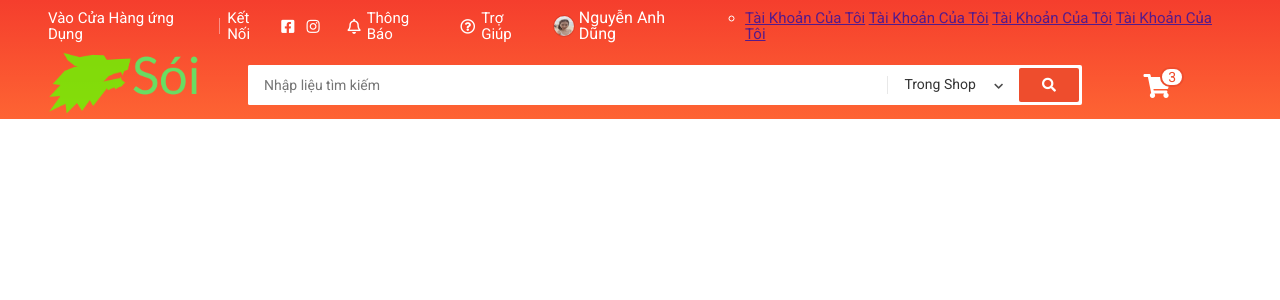
Repository: adwewecat/shoppe
Page: index.html
The author's editor kept a copy of each file at every save. The page is drawn from the files as they stood at one save, then again after the next save.
The browser window is 1280 px wide. The pictures show the whole page.

Above is the page before, as saved 2021-09-03 11:58:50.

### index.html
<!DOCTYPE html>
<html lang="en">

<head>
    <meta charset="UTF-8" />
    <meta http-equiv="X-UA-Compatible" content="IE=edge" />
    <meta name="viewport" content="width=device-width, initial-scale=1.0" />
    <title>Document</title>
    <link rel="preconnect" href="https://fonts.googleapis.com" />
    <link rel="preconnect" href="https://fonts.gstatic.com" crossorigin />
    <link href="https://fonts.googleapis.com/css2?family=Roboto:ital,wght@0,400;0,500;0,700;1,300&display=swap"
        rel="stylesheet" />
    <link rel="stylesheet" href="./assets/css/base.css" />
    <link rel="stylesheet" href="./assets/css/main.css" />
    <link rel="stylesheet" href="./assets/fonts/fontawesome-free-5.15.4/css/all.min.css" />
</head>

<body>
    <div class="main">
        <header class="header">
            <div class="grid">
                <!-- Begin Navbar -->
                <nav class="header__navbar">
                    <ul class="header__navbar-list">
                        <li class="
                  header__navbar-item
                  header__navbar-item--has-qr
                  header__navbar-item--seperate
                ">
                            Vào Cửa Hàng ứng Dụng
                            <!-- Begin Header QR Code -->
                            <div class="header__qr">
                                <img src="./assets/img/qr_code/qrcode_2066837_.png" alt="QR_Code_Lagel"
                                    class="header__qr-img" />
                                <div class="header__qr-apps">
                                    <a href="" class="header__qr-link">
                                        <img src="./assets/img/qr_code/android.png" alt="android"
                                            class="header__qr-dowload-img" />
                                    </a>
                                    <a href="" class="header__qr-link">
                                        <img src="./assets/img/qr_code/ios.png" alt="ios"
                                            class="header__qr-dowload-img" />
                                    </a>
                                </div>
                            </div>
                            <!-- End Header QR Code -->
                        </li>
                        <li class="header__navbar-item">
                            <span class="header__navbar-title-no-pointer">Kết Nối</span>
                            <a href="" class="header__navbar-icon-link">
                                <i class="header__navbar-icon fab fa-facebook-square"></i>
                            </a>
                            <a href="" class="header__navbar-icon-link">
                                <i class="header__navbar-icon fab fa-instagram"></i>
                            </a>
                        </li>
                    </ul>

                    <ul class="header__navbar-list">
                        <li class="header__navbar-item header__navbar-item--has-notify">
                            <a href="" class="header__navbar-item-link">
                                <i class="header__navbar-icon far fa-bell"></i>
                                Thông Báo
                            </a>

                            <!-- Begin hover Thông Báo -->
                            <div class="header__notify">
                                <header class="header__notify-header">
                                    <h3>Thông Báo Mới Nhận</h3>
                                </header>
                                <ul class="header__notify-list">
                                    <li class="header__notify-item header__notify-item--viewed">
                                        <a href="" class="header__notify-link">
                                            <img src="./assets/img/san-pham/xiaomi-mi-11-ultra.jpg"
                                                alt="Xiaomi Mi 11 Ultra" class="header__notify-img" />
                                            <div class="header__notify-info">
                                                <span class="header__notify-name">Xiaomi Mi 11 Ultra</span>
                                                <span class="header__notify-description">Mô tả điện thoại Xiaomi Mi 11
                                                    Ultra</span>
                                            </div>
                                        </a>
                                    </li>

                                    <li class="header__notify-item">
                                        <a href="" class="header__notify-link">
                                            <img src="./assets/img/san-pham/xiaomi-mi-11-ultra.jpg"
                                                alt="Xiaomi Mi 11 Ultra" class="header__notify-img" />
                                            <div class="header__notify-info">
                                                <span class="header__notify-name">Xiaomi Mi 11 Ultra Ultra Ultra Ultra
                                                    Ultra Ultra
                                                    Ultra Ultra Ultra Ultra</span>
                                                <span class="header__notify-description">Mô tả điện thoại Xiaomi Mi 11
                                                    Ultra Mô tả điện
                                                    thoại Xiaomi Mi 11 Ultra Mô tả điện thoại Xiaomi Mi
                                                    11 Ultra Mô tả điện thoại Xiaomi Mi 11 Ultra</span>
                                            </div>
                                        </a>
                                    </li>

                                    <li class="header__notify-item">
                                        <a href="" class="header__notify-link">
                                            <img src="./assets/img/san-pham/xiaomi-mi-11-ultra.jpg"
                                                alt="Xiaomi Mi 11 Ultra" class="header__notify-img" />
                                            <div class="header__notify-info">
                                                <span class="header__notify-name">Xiaomi Mi 11 Ultra</span>
                                                <span class="header__notify-description">Mô tả điện thoại Xiaomi Mi 11
                                                    Ultra</span>
                                            </div>
                                        </a>
                                    </li>
                                </ul>

                                <footer class="header__notify-footer">
                                    <a href="" class="header__notify-footer-btn">Xem Tất Cả</a>
                                </footer>
                            </div>
                            <!-- Begin hover Thông Báo -->
                        </li>

                        <li class="header__navbar-item">
                            <a href="" class="header__navbar-item-link">
                                <i class="header__navbar-icon far fa-question-circle"></i>
                                Trợ Giúp
                            </a>
                        </li>
                        <!-- <li class="header__navbar-item header__navbar-item--strong header__navbar-item--seperate">
                            Đăng Ký
                        </li>
                        <li class="header__navbar-item header__navbar-item--strong">
                            Đăng Nhập
                        </li> -->
                        <li class="header__navbar-item header__navbar-item-user">
                            <img src="./assets/img/san-pham/4.jpg" alt="" class="header__navbar-user-img">
                            <span class="header__navbar-user-name">Nguyễn Anh Dũng</span>

                            <ul class="header__navbar-user-menu">
                                <li class="header__navbar-user-item">
                                    <a href="">Tài Khoản Của Tôi</a>
                                    <a href="">Tài Khoản Của Tôi</a>
                                    <a href="">Tài Khoản Của Tôi</a>
                                    <a href="">Tài Khoản Của Tôi</a>
                                </li>

                            </ul>

                        </li>
                    </ul>
                </nav>
                <!-- End Navbar -->

                <!-- Begin search, logo, giỏ hàng -->
                <div class="header-with-search">
                    <div class="header__logo">
                        <img src="./assets/img/san-pham/logo.png" alt="" class="header__logo-img" />
                    </div>
                    <!-- Begin Search -->
                    <div class="header__search">
                        <div class="header__search-input-wrap">
                            <input type="text" class="header__search-input" placeholder="Nhập liệu tìm kiếm" />

                            <!-- Search History -->
                            <div class="header__search-history">
                                <h3 class="header__search-history-heading">
                                    Lịch Sử Tìm Kiếm
                                </h3>
                                <ul class="header__search-history-list">
                                    <li class="header__search-history-item">
                                        <a href="">Iphone 12 pro max</a>
                                    </li>
                                    <li class="header__search-history-item">
                                        <a href="">Xiaomi Mi 11i </a>
                                    </li>
                                </ul>
                            </div>
                        </div>

                        <div class="header__search-select">
                            <span class="header__search-select-lable">Trong Shop</span>
                            <i class="header__search-select-icon fas fa-chevron-down"></i>

                            <ul class="header__search-option">
                                <li class="
                      header__search-option-item
                      header__search-option-item--active
                    ">
                                    <span>Trong Shop</span>
                                    <i class="fas fa-check"></i>
                                </li>
                                <li class="header__search-option-item">
                                    <span>Ngoài Shop</span>
                                    <i class="fas fa-check"></i>
                                </li>
                            </ul>
                        </div>
                        <button class="header__search-btn">
                            <i class="header__search-btn-icon fas fa-search"></i>
                        </button>
                    </div>
                    <!-- End Search -->

                    <!-- Begin Giỏ Hàng -->
                    <div class="header__cart">
                        <div class="header__cart-wrap">
                            <i class="fas fa-shopping-cart header__cart-icon"></i>
                            <span class="header__cart-notice">3</span>
                            <!-- No card : header__cart-list--no-cart -->
                            <div class="header__cart-list ">
                                <img src="./assets/img/san-pham/chua-co-san-pham.png" alt=""
                                    class="header__cart-no-cart-img" />
                                <span class="header__cart-list--no-cart-msg">Chưa Có Sản Phẩm Nào</span>

                                <!-- Có sản phẩm -->
                                <h4 class="header__cart-heading">Sản Phẩm Đã Thêm</h4>
                                <ul class="header__cart-list-item">
                                    <!-- Cart Item -->
                                    <li class="header__cart-item">
                                        <img src="./assets/img/san-pham/xiaomi-mi-11-ultra.jpg" alt=""
                                            class="header__cart-img" />
                                        <div class="header__cart-item-info">
                                            <div class="header__cart-item-head">
                                                <h5 class="header__cart-item-name">
                                                    Điện Thoại Cấu Hình Cao
                                                </h5>
                                                <div class="header__cart-item-price-wrap">
                                                    <span class="header__cart-item-price">19.000.000đ</span>
                                                    <span class="header__cart-item-multiply">x</span>
                                                    <span class="header__cart-item-quantity">2</span>
                                                </div>
                                            </div>
                                            <div class="header__cart-item-body">
                                                <span class="header__cart-item-description">
                                                    Phân Loại Hàng : Điện Thoại Thông Minh
                                                </span>
                                                <span class="header__cart-item-remove">Xóa</span>
                                            </div>
                                        </div>
                                    </li>
                                </ul>
                                <ul class="header__cart-list-item">
                                    <!-- Cart Item -->
                                    <li class="header__cart-item">
                                        <img src="./assets/img/san-pham/xiaomi-mi-11-ultra.jpg" alt=""
                                            class="header__cart-img" />
                                        <div class="header__cart-item-info">
                                            <div class="header__cart-item-head">
                                                <h5 class="header__cart-item-name">
                                                    Điện Thoại Cấu Hình Cao
                                                </h5>
                                                <div class="header__cart-item-price-wrap">
                                                    <span class="header__cart-item-price">19.000.000đ</span>
                                                    <span class="header__cart-item-multiply">x</span>
                                                    <span class="header__cart-item-quantity">2</span>
                                                </div>
                                            </div>
                                            <div class="header__cart-item-body">
                                                <span class="header__cart-item-description">
                                                    Phân Loại Hàng : Điện Thoại Thông Minh
                                                </span>
                                                <span class="header__cart-item-remove">Xóa</span>
                                            </div>
                                        </div>
                                    </li>
                                </ul>
                                <div>
                                    <a href="#" class="header__cart-view-cart btn btn--primary">Xem Tất Cả</a>
                                </div>
                            </div>
                        </div>
                    </div>
                    <!-- End Giỏ Hàng -->
                </div>
                <!-- End search, logo, giỏ hàng -->
            </div>
        </header>

        <div class="container"></div>

        <footer class="footer"></footer>
    </div>

    <!-- Begin Modal -->
    <!-- <div class="modal">
        <div class="modal__overlay"></div>

        <div class="modal__body"> -->

    <!-- Begin Register form -->
    <!-- <div class="auth-form">
                    <div class="auth-form__container">
                        <div class="auth-form__header">
                            <h3 class="auth-form__heading">Đăng Ký</h3>
                            <span class="auth-form__switch-btn">Đăng Nhập</span>
                        </div>

                        <div class="auth-form__form">
                            <div class="auth-form__group">
                                <input type="text" class="auth-form__input" placeholder="Nhập Email">
                            </div>
                            <div class="auth-form__group">
                                <input type="password" class="auth-form__input" placeholder="Nhập Mật Khẩu">
                            </div>
                            <div class="auth-form__group">
                                <input type="password" class="auth-form__input" placeholder="Nhập Lại Mật Khẩu">
                            </div>
                        </div>

                        <div class="auth-form__aside">
                            <p class="auth-form__policy-text">
                                Bằng Việc Đăng Ký , Bạn Đã Đồng Ý Với Shop Về
                                <a href="" class="auth-form__text-link">Điều Khoản Dịch Vụ</a> &
                                <a href="" class="auth-form__text-link">Chính Sách Bảo Mật</a>
                            </p>
                        </div>

                        <div class="auth-form__controls">
                            <button class="btn btn--normal auth-form__controls-back">TRỞ LẠI</button>
                            <button class="btn btn--primary">Đăng Ký</button>
                        </div>
                    </div>


                    <div class="auth-form__socials">

                        <a href="" class=" auth-form__socials-facebook btn btn--size-s btn--witch-icon">
                            <i class="auth-form__socials-icon fab fa-facebook-square"></i>
                            <span class="auth-form__socials-title">
                                Kết Nối Với Facebook
                            </span>
                        </a>

                        <a href="" class="auth-form__socials-google btn btn--size-s btn--witch-icon">
                            <i class="auth-form__socials-icon fab fa-google-plus-square"></i>
                            <span class="auth-form__socials-title">
                                Kết Nối Với Google
                            </span>
                        </a>
                    </div>
                </div> -->
    <!-- Begin Register form -->

    <!-- Begin Login form -->
    <!-- <div class="auth-form">
                    <div class="auth-form__container">
                        <div class="auth-form__header">
                            <h3 class="auth-form__heading">Đăng Nhập</h3>
                            <span class="auth-form__switch-btn">Đăng Ký</span>
                        </div>

                        <div class="auth-form__form">
                            <div class="auth-form__group">
                                <input type="text" class="auth-form__input" placeholder="Nhập Email">
                            </div>
                            <div class="auth-form__group">
                                <input type="password" class="auth-form__input" placeholder="Nhập Mật Khẩu">
                            </div>
                        </div>

                        <div class="auth-form__aside">
                            <div class="auth-form__help">
                                <a href="" class="auth-form__help-link auth-form__help-forgot">Quên Mật Khẩu</a>
                                <span class="auth-form__help-separate"></span>
                                <a href="" class="auth-form__help-link">Cần Trợ Giúp?</a>
                            </div>
                        </div>

                        <div class="auth-form__controls">
                            <button class="btn btn--normal auth-form__controls-back">Trở Lại</button>
                            <button class="btn btn--primary">Đăng Nhập</button>
                        </div>
                    </div>


                    <div class="auth-form__socials">

                        <a href="" class=" auth-form__socials-facebook btn btn--size-s btn--witch-icon">
                            <i class="auth-form__socials-icon fab fa-facebook-square"></i>
                            <span class="auth-form__socials-title">
                                Kết Nối Với Facebook
                            </span>
                        </a>

                        <a href="" class="auth-form__socials-google btn btn--size-s btn--witch-icon">
                            <i class="auth-form__socials-icon fab fa-google-plus-square"></i>
                            <span class="auth-form__socials-title">
                                Kết Nối Với Google
                            </span>
                        </a>
                    </div>
                </div> -->
    <!-- End Login form -->

    <!-- </div>
    </div> -->

    <!-- End Modal -->
</body>

</html>

### assets/css/base.css

/* Reset CSS */
/*! normalize.css v8.0.1 | MIT License | github.com/necolas/normalize.css */
html{line-height:1.15;-webkit-text-size-adjust:100%}body{margin:0}main{display:block}h1{font-size:2em;margin:.67em 0}hr{box-sizing:content-box;height:0;overflow:visible}pre{font-family:monospace,monospace;font-size:1em}a{background-color:transparent}abbr[title]{border-bottom:none;text-decoration:underline;text-decoration:underline dotted}b,strong{font-weight:bolder}code,kbd,samp{font-family:monospace,monospace;font-size:1em}small{font-size:80%}sub,sup{font-size:75%;line-height:0;position:relative;vertical-align:baseline}sub{bottom:-.25em}sup{top:-.5em}img{border-style:none}button,input,optgroup,select,textarea{font-family:inherit;font-size:100%;line-height:1.15;margin:0}button,input{overflow:visible}button,select{text-transform:none}[type=button],[type=reset],[type=submit],button{-webkit-appearance:button}[type=button]::-moz-focus-inner,[type=reset]::-moz-focus-inner,[type=submit]::-moz-focus-inner,button::-moz-focus-inner{border-style:none;padding:0}[type=button]:-moz-focusring,[type=reset]:-moz-focusring,[type=submit]:-moz-focusring,button:-moz-focusring{outline:1px dotted ButtonText}fieldset{padding:.35em .75em .625em}legend{box-sizing:border-box;color:inherit;display:table;max-width:100%;padding:0;white-space:normal}progress{vertical-align:baseline}textarea{overflow:auto}[type=checkbox],[type=radio]{box-sizing:border-box;padding:0}[type=number]::-webkit-inner-spin-button,[type=number]::-webkit-outer-spin-button{height:auto}[type=search]{-webkit-appearance:textfield;outline-offset:-2px}[type=search]::-webkit-search-decoration{-webkit-appearance:none}::-webkit-file-upload-button{-webkit-appearance:button;font:inherit}details{display:block}summary{display:list-item}template{display:none}[hidden]{display:none}
/*# sourceMappingURL=normalize.min.css.map */
/* https://cdnjs.cloudflare.com/ajax/libs/normalize/8.0.1/normalize.min.css */


:root {
    --primary-color: #EE4D2D;
    --white-color: #fff;
    --black-color: #000;
    --text-color: #333;
    --border-color: #dbdbdb;

    --navbar-height:34px;
    --header-height:120px
    --header-with-search-height:calc(var(var(--header-height)-var(var(--navbar-height))))

}

*{
    box-sizing: border-box; /* lÀM Kích thước không bị thay đổi khi làm dầy padding và border */

}

html {
    /* Hack */
    font-size: 62.5%;
    line-height: 1.6rem; /*1rem bằng 10px khi setup font-size: 62.5%;*/
    font-family: 'Roboto', sans-serif; /*sans-serif là thuộc tính chữ ko gạch chân*/
}


.grid {
    width: 1200px;
    max-width: 100%;
    margin: 0 auto; /*trên dưới bằng 0  trái phải auto , tự động căn giữa khi khối này nằm trong khối khác*/
}

.grid__full-width {
    width: 100%;
}


/* Những thẻ nào nằm trong class này sẽ cùng nằm trên 1 hàng ngang và nếu co giao diện sẽ tự động xuống dòng */
.grid__row {
    display: flex;
    flex-wrap: wrap;
}

/* Animation */
@keyframes fadeIn {
    from {
        opacity: 0;
    }
    to {
        opacity: 1;
    }
}

@keyframes growth {
    from {
        transform: scale(var(--growth-form));
    }
    to{
        transform: scale(var(--growth-to));
    }
}



/* ====================================== */
/* Begin Modal */
.modal {
    position: fixed;
    top: 0;
    bottom: 0;
    right: 0;
    left: 0;
    display: flex;
    animation: fadeIn ease-in 0.5s;
}
.modal__overlay {
    position: absolute;
    width: 100%;
    height: 100%;
    background-color: rgba(12, 5, 5, 0.4);
}

.modal__body {
    --growth-form : 0.7s;
    --growth-to:1s;
    background-color: green;
    margin: auto;
    position: relative;
    z-index: 1; /*Hiện thị ưu tiên lên trên*/
    animation: growth linear 0.5s;
}

/* End Modal */
/* ====================================== */



/* button style */
.btn {
    min-width: 124px;
    height: 36px;
    text-decoration: none;
    border: none;
    border-radius: 2px;
    font-size: 1.5rem;
    padding: 0 12px;
    outline: none;
    cursor: pointer;
    color: var(--text-color);
    display: flex;
    justify-content: center;
    align-items: center;
    line-height: 1.6rem;
}

.btn.btn--normal:hover {
    background-color: rgba(0,0,0,0.1);

}

.btn.btn--size-s {
    height: 32px;
    font-size: 12px;
    padding: 0 8px;
}


/* Phải có cả 2 class này mới được áp dụng */
.btn.btn--primary {
    color: var(--white-color);
    background-color: var(--primary-color);
}

.btn.btn-disabled {
    cursor: default;
    filter: brightness(80%); /*Giamr độ sáng*/
    background-color: #c3c3c3;
    color: #949494;
}

Loaded but not shown: assets/fonts/fontawesome-free-5.15.4/css/all.min.css (library); assets/css/main.css (969 lines, source omitted)

After the next save:
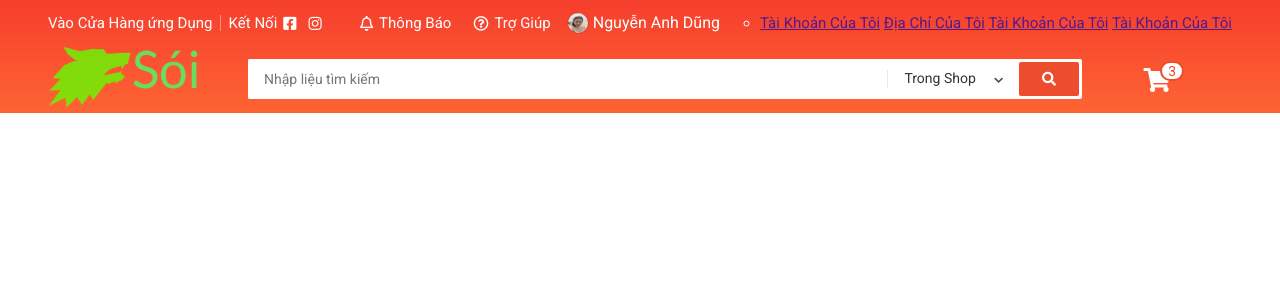
Saved 15 s later.
--- a/index.html
+++ b/index.html
@@ -136,7 +136,7 @@
                             <ul class="header__navbar-user-menu">
                                 <li class="header__navbar-user-item">
                                     <a href="">Tài Khoản Của Tôi</a>
-                                    <a href="">Tài Khoản Của Tôi</a>
+                                    <a href="">Địa Chỉ Của Tôi</a>
                                     <a href="">Tài Khoản Của Tôi</a>
                                     <a href="">Tài Khoản Của Tôi</a>
                                 </li>
